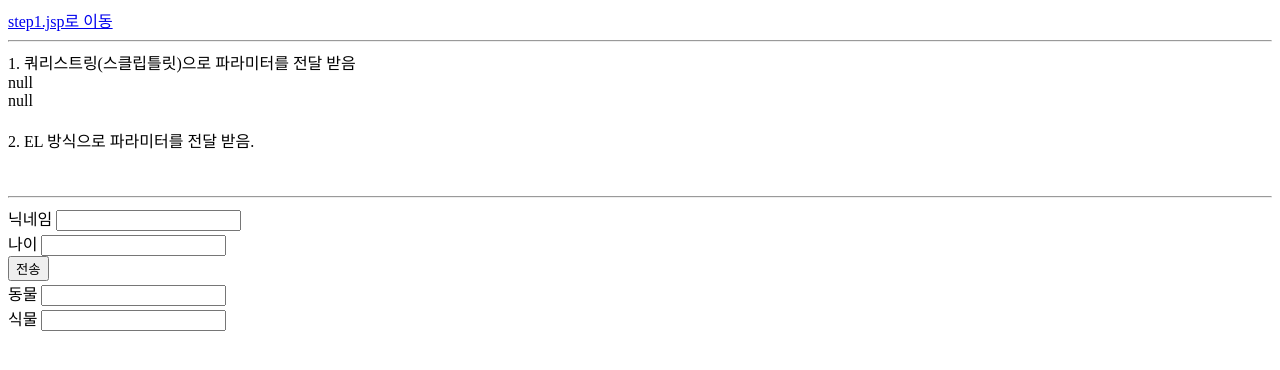
Repository: Dog-voice/king
Page: http://localhost/web_study/step2.jsp
The author's editor kept a copy of each file at every save. The page is drawn from the files as they stood at one save, then again after the next save.
The browser window is 1280 px wide. The pictures show the whole page.
The page is served by Tomcat 9.

Above is the page before, as saved 2022-08-16 03:52:52.

After the next save:
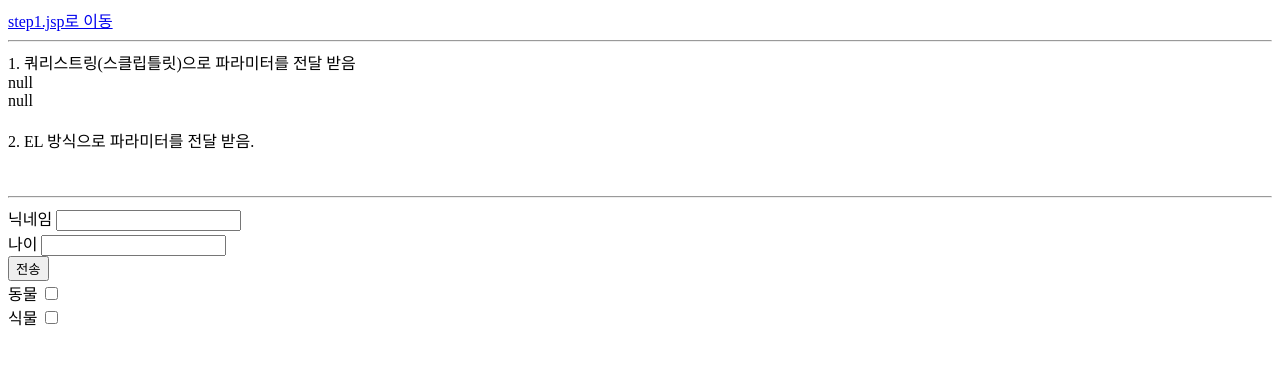
Saved 78 s later.
--- a/게시글등록(1)/web_study/src/main/webapp/step2.jsp
+++ b/게시글등록(1)/web_study/src/main/webapp/step2.jsp
@@ -27,8 +27,9 @@
    </form>
 
    <form action="step2_1.jsp">
-   동물 <input type="text" name="nick2"> <br>
-   식물 <input type="text" name="nick3"> <br>
+   동물 <input type="checkbox" name="nick2"> <br>
+   식물 <input type="checkbox" name="nick3"> <br>
+
    </form>
 
 
